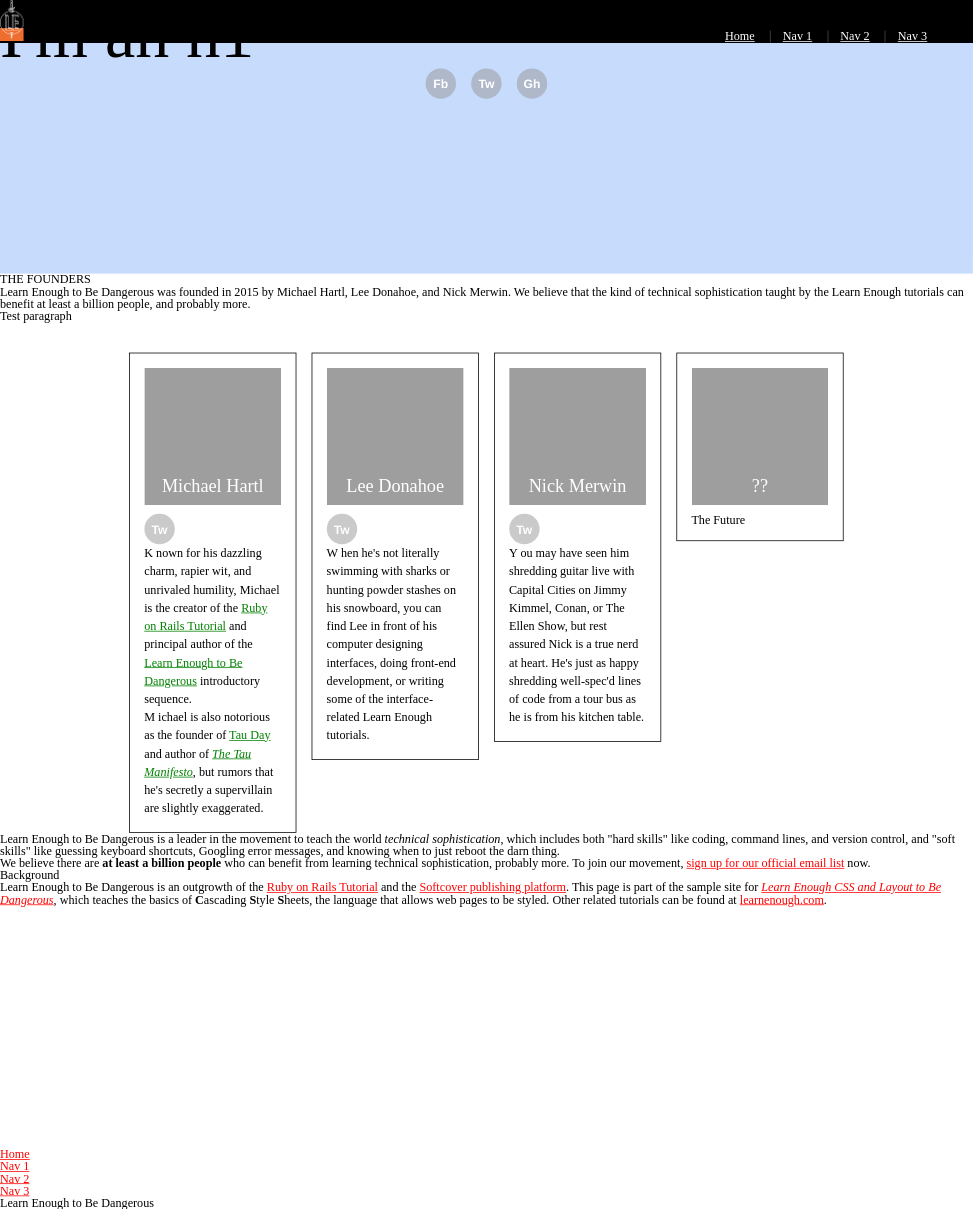
Repository: Ken2072/Ken2072.github.io
Page: _site/index.html
The author's editor kept a record of every edit. The page is drawn from the files as they stood at one moment, then again after the next edit.
The browser window is 1280 px wide. The pictures show the whole page, at 76% of full size.
Pictures or frames that could not be fetched are drawn as grey boxes.

Above is the page before.

After the next edit:
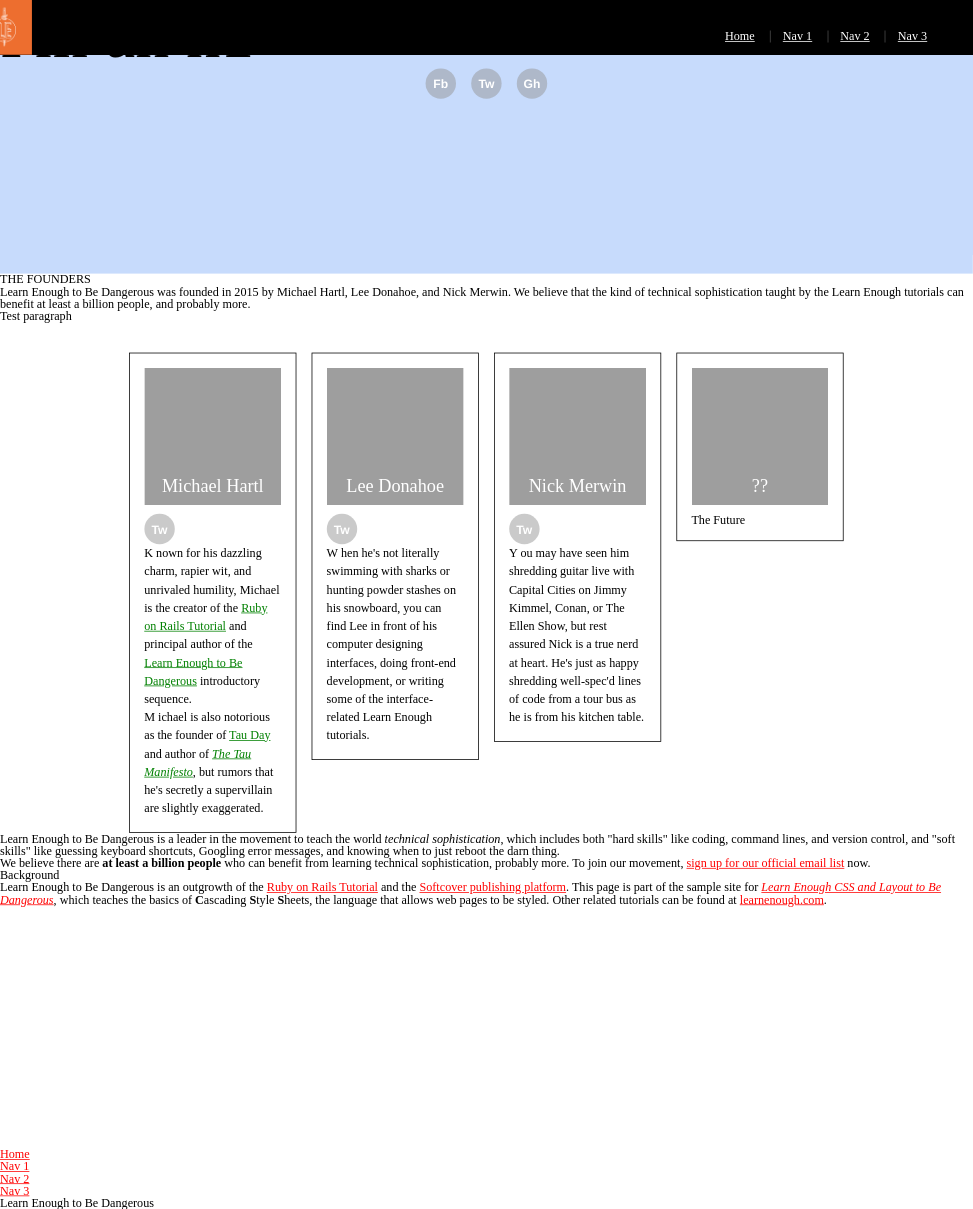
The edit:
--- a/css/main.css
+++ b/css/main.css
@@ -62,8 +62,7 @@
 position: fixed;
 width: 100%;
 z-index: 20;
-}.
-header-logo {
+}.header-logo {
 background-color: #000;
 box-sizing: border-box;
 display: block;
